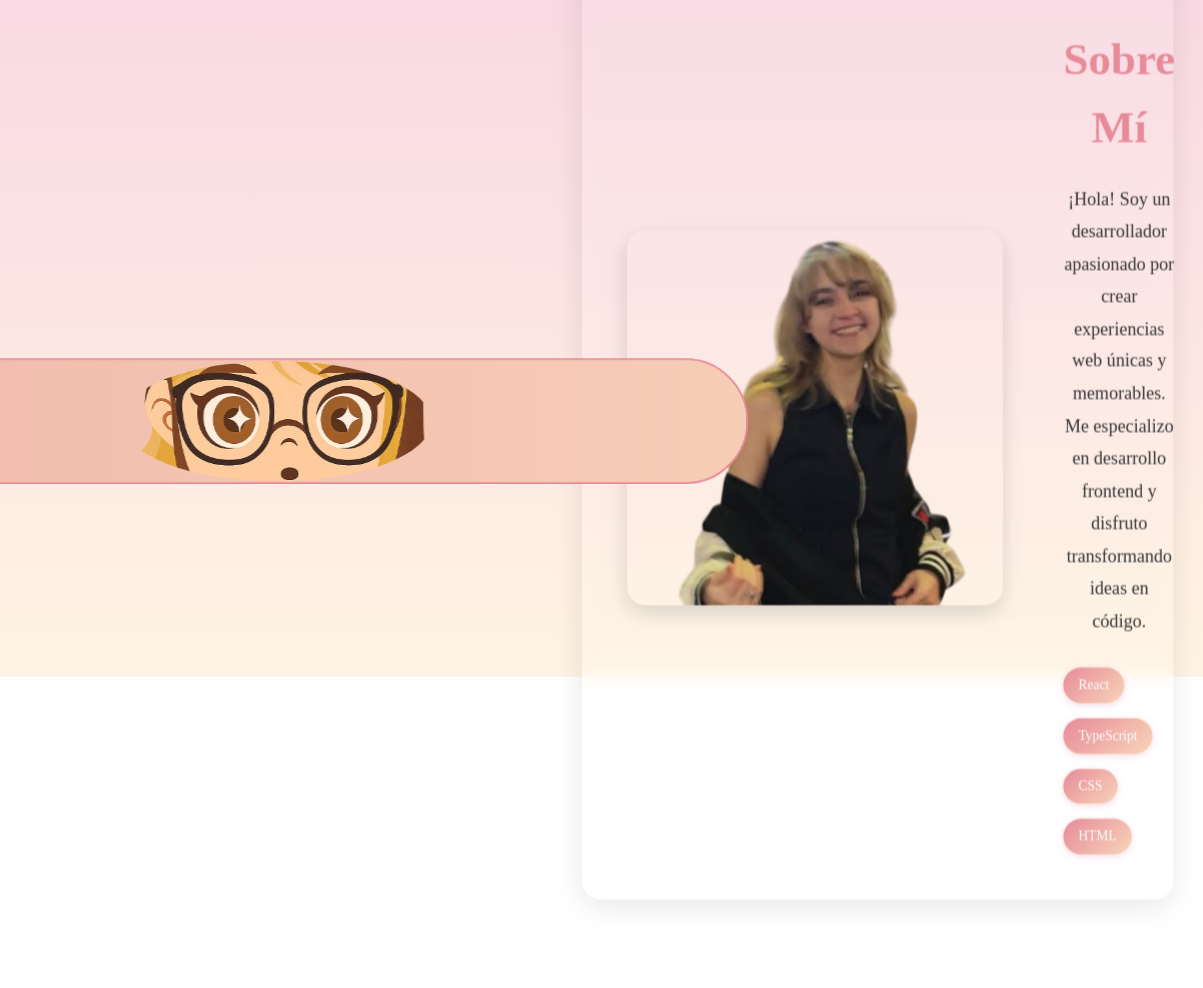
Repository: cflorido/Portafolio
Page: /
These files come from the project's save history. The page is drawn as it stood at one moment and after the next save; the edit follows.
The browser window is 1280 px wide. The pictures show the whole page, at 94% of full size.
Some web fonts or font styles are not loaded; a fallback is used. The project was rebuilt for these pictures with package versions that can differ from the ones it lists, and the page was loaded fresh each time. Also part of the build but not shown: vite.config.ts.

Above is the page before, as saved 2025-09-03 20:07:18.

### index.html
<!doctype html>
<html lang="en">
  <head>
    <meta charset="UTF-8" />
    <link rel="icon" type="image/svg+xml" href="/vite.svg" />
    <meta name="viewport" content="width=device-width, initial-scale=1.0" />
    <title>Vite + React + TS</title>
    <link rel="preconnect" href="https://fonts.googleapis.com">
    <link rel="preconnect" href="https://fonts.gstatic.com" crossorigin>
    <link href="https://fonts.googleapis.com/css2?family=Cantora+One&display=swap" rel="stylesheet">
  </head>
  <body>
    <div id="root"></div>
    <script type="module" src="/src/main.tsx"></script>
  </body>
</html>

### src/App.tsx
import './App.css';
import { useState, useEffect } from 'react';
import AboutMe from './components/AboutMe';

function App() {
  const [showHeader, setShowHeader] = useState(false);

  useEffect(() => {
    const handleScroll = () => {
      // Mostrar el header cuando el scroll es mayor a 100px
      setShowHeader(window.scrollY > 100);
    };

    window.addEventListener('scroll', handleScroll);

    // Limpieza del evento
    return () => window.removeEventListener('scroll', handleScroll);
  }, []);

  return (
    <div className="portfolio-container">
      <header className={`dynamic-header ${showHeader ? 'visible' : ''}`}>
        {/* Tu contenido actual del header */}
      </header>
        <div className="portfolio-header">

          <h1>PORTFOLIO</h1>
          <div className="subtitle">
          <span className="name">Carol Sofia Florido </span>
          <span className="separator"></span>
          <span className="role">Software Developer</span>
          </div>
        </div>
      <main>
      <div className="avatar-stage">
        <div className="avatar-stars"></div>
        <div className="avatar-pill"></div>
        <img className="avatar" src="public/ilustracion.png" alt="Avatar" />
      </div>
      <div className="about-me-section">
        <AboutMe />
      </div>
      </main>

      <footer></footer>
    </div>
  );
}

export default App;

### src/App.css
@font-face {
  font-family: 'Toboggan';
  src: url('/Toboggan OTF/Toboggan-MediumItalic.otf') format('opentype');
  font-weight: 300;
  font-style: normal;
}

:root {
    --sync-gradient: linear-gradient(270deg,  #f8d5b9, #e88b99);
}

body {
    margin: 0;
    font-family: 'Playfair Display', serif;
    background: linear-gradient(to bottom, #f9d9e3, #fff4e3);
    color: #d94f70;
    display: flex;
    justify-content: center;
    align-items: center;
    height: 100vh;
    user-select: none;
}

.portfolio-container {
    text-align: center;
}

h1 {
  user-select: none;
  font-family: 'Toboggan', sans-serif;
  font-size: 10rem;
  font-weight: bold;
  margin: 0;

  background: var(--sync-gradient);
  background-size: 400% 400%;
  -webkit-background-clip: text;
  background-clip: text;
  animation: gradientMove 20s ease infinite;

  -webkit-text-stroke: 2px #e88b99;
  color: transparent;
}

header h2 {
    font-family: 'Toboggan';
  font-size: 1.5rem;
  font-weight: 300;
  text-align: left;
  color: #000;
  user-select: none;
  margin: 0;   /* 🔹 Elimina todos los márgenes */
}

header p {
    font-family: 'Playfair Display', serif;
    font-size: 140px;
    font-style: italic;
}

footer {
    margin-top: 30px;
    font-size: 0.9rem;
}

main {
    display: flex;
    justify-content: center;
}

.avatar-stage {
    position: relative;
    display: flex;
    justify-content: center;
    align-items: center;
    width: 90vw;
    max-width: 900px;
    margin-left: auto;
    margin-right: auto;
    border-radius: 20px;    /* Opcional: bordes redondeados */
}
/* 🔹 Estrellitas dentro del avatar-stage */
.avatar-stage::before {
  content: "";
  position: absolute;
  top: 0;
  left: 0;
  width: 100%;
  height: 100%;

  background-image:
    polygon-star(3, 6px, white),
    polygon-star(3, 8px, white),
    polygon-star(3, 5px, rgba(255,255,255,0.8));

  pointer-events: none;
}

.avatar-pill {
    position: absolute;
    z-index: 1;
    width: min(320vw, 1000px);
    height: 130px;

    /* 🔹 Usando la misma variable CSS */
    background: var(--sync-gradient);
    background-size: 400% 400%;
    border-radius: 70px;
    border: 2px solid #e88b99; /* Borde negro de 2px */
    overflow: hidden;
    animation: gradientMove 20s ease infinite;
}

/* Bolitas animadas */
.avatar-pill::before,
.avatar-pill::after {
    content: "";
    position: absolute;
    width: 200%;
    height: 200%;
    top: -50%;
    left: -50%;
    background-image: radial-gradient(circle 6px, rgba(255,255,255,0.8) 70%, transparent 100%),
                      radial-gradient(circle 10px, rgba(255,200,230,0.6) 70%, transparent 100%),
                      radial-gradient(circle 8px, rgba(255,180,210,0.5) 70%, transparent 100%),
                      radial-gradient(circle 12px, rgba(255,220,240,0.4) 70%, transparent 100%);
    background-repeat: repeat;
    animation: floatBalls 60s linear infinite;
}

.avatar-pill::after {
    animation-duration: 90s;
    opacity: 0.7;
}

/* 🔹 Animación sincronizada para ambos elementos */
@keyframes gradientMove {
    0% { background-position: 0% 50%; }
    50% { background-position: 100% 50%; }
    100% { background-position: 0% 50%; }
}

@keyframes floatBalls {
    from { transform: translate(0, 0); }
    to   { transform: translate(200px, 200px); }
}

.avatar {
    position: relative;
    z-index: 2;
    width: 330px;
    border-radius: 80%;
    display: block;
    margin: auto;
}

/* 🔹 Clase auxiliar por si quieres aplicar el gradiente a otros elementos */
.sync-gradient {
    background: var(--sync-gradient);
    background-size: 400% 400%;
    animation: gradientMove 40s ease infinite;
}


.subtitle {
  font-family: 'Toboggan';
  display: flex;
  gap: 10px;
  font-size: 1.2rem;
  color: #e88b99;
  justify-content: flex-start; /* Alinea el contenido a la izquierda */
  width: 100%;                /* Ocupa todo el ancho disponible */
  text-align: left;           /* Alinea el texto a la izquierda */
}

.subtitle .name {
  font-weight: bold;
}

.subtitle .role {
  border: 2px solid #e88b99;
  border-radius: 15px;
  padding: 2px 10px;
  font-size: 0.9rem;
}
/* Contenedor de estrellitas */
.stars {
  position: absolute;
  top: 0;
  left: 0;
  width: 100%;
  height: 100%;
  pointer-events: none; /* Que no interfieran */
  overflow: hidden;
  z-index: 0;
}

/* Cada estrella */
.star {
  position: absolute;
  width: 0;
  height: 0;
  border-left: 6px solid transparent;
  border-right: 6px solid transparent;
  border-bottom: 12px solid white;
  transform: rotate(0deg);
  opacity: 0.9;
  animation: twinkle 4s infinite ease-in-out;
}

/* Animación de brillo */
@keyframes twinkle {
  0%, 100% { opacity: 0.9; transform: scale(1) rotate(0deg); }
  50% { opacity: 0.3; transform: scale(1.3) rotate(10deg); }
}
.separator {
  display: inline-block;
  width: 2px;
  height: 28px;  /* Más largo verticalmente */
  background-color: #e88b99;
  margin: 0 10px;
}

.dynamic-header {
  position: fixed;
  top: 0;
  left: 0;
  width: 100%;
  background: rgba(255, 255, 255, 0.9);
  backdrop-filter: blur(8px);
  transform: translateY(-100%);
  transition: transform 0.3s ease;
  z-index: 1000;
  padding: 1rem 0;
}

.dynamic-header.visible {
  transform: translateY(0);
}

### src/components/AboutMe.tsx
import React from 'react';
import './AboutMe.css';

const AboutMe = () => {
  return (
    <section className="about-section">
      <div className="about-content">
        <div className="about-image">
          <img src="/yo.png" alt="Foto personal" />
        </div>
        <div className="about-text">
          <h2>Sobre Mí</h2>
          <p>¡Hola! Soy un desarrollador apasionado por crear experiencias web únicas y memorables. Me especializo en desarrollo frontend y disfruto transformando ideas en código.</p>
          <div className="skills">
            <span className="skill-tag">React</span>
            <span className="skill-tag">TypeScript</span>
            <span className="skill-tag">CSS</span>
            <span className="skill-tag">HTML</span>
          </div>
        </div>
      </div>
    </section>
  );
};

export default AboutMe;

### src/components/AboutMe.css
.about-section {
  min-height: 100vh;
  display: flex;
  align-items: center;
  justify-content: center;
  padding: 4rem 2rem;
}

.about-content {
  display: flex;
  max-width: 1200px;
  gap: 4rem;
  align-items: center;
  background: rgba(255, 255, 255, 0.1);
  padding: 3rem;
  border-radius: 20px;
  box-shadow: 0 8px 32px rgba(0, 0, 0, 0.1);
  backdrop-filter: blur(8px);
}

.about-image {
  flex: 0 0 400px;
}

.about-image img {
  width: 100%;
  height: auto;
  border-radius: 20px;
  box-shadow: 0 8px 24px rgba(0, 0, 0, 0.15);
  transition: transform 0.3s ease;
}

.about-image img:hover {
  transform: scale(1.02);
}

.about-text {
  flex: 1;
}

.about-text h2 {
  font-size: 3rem;
  margin-bottom: 1.5rem;
  color: #e88b99;
  font-family: 'Cinzel Decorative', serif;
}

.about-text p {
  font-size: 1.2rem;
  line-height: 1.8;
  margin-bottom: 2rem;
  color: #333;
}

.skills {
  display: flex;
  flex-wrap: wrap;
  gap: 1rem;
}

.skill-tag {
  background: linear-gradient(135deg, #e88b99, #f8d5b9);
  color: white;
  padding: 0.5rem 1rem;
  border-radius: 20px;
  font-size: 0.9rem;
  font-weight: 500;
  box-shadow: 0 2px 8px rgba(232, 139, 153, 0.3);
}

@media (max-width: 768px) {
  .about-content {
    flex-direction: column;
    text-align: center;
  }

  .about-image {
    flex: 0 0 auto;
    width: 100%;
    max-width: 300px;
  }
}

Loaded but not shown: src/main.tsx (common file); src/index.css (common file)

After the next save:
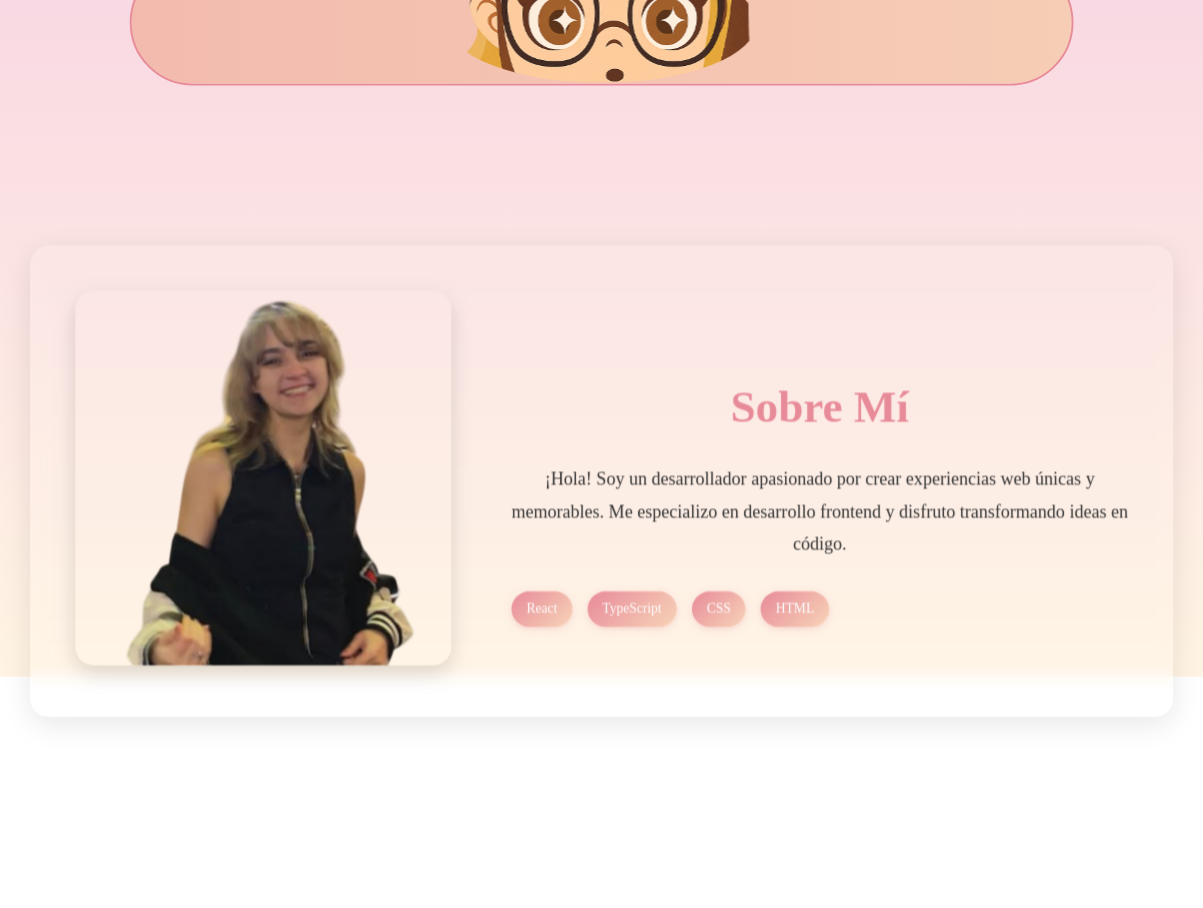
Saved 78 s later.
--- a/src/App.css
+++ b/src/App.css
@@ -4,7 +4,11 @@
   font-weight: 300;
   font-style: normal;
 }
-
+main {
+  display: flex;
+  flex-direction: column;
+  align-items: center; /* opcional, centra horizontalmente */
+}
 :root {
     --sync-gradient: linear-gradient(270deg,  #f8d5b9, #e88b99);
 }

After the save that followed:
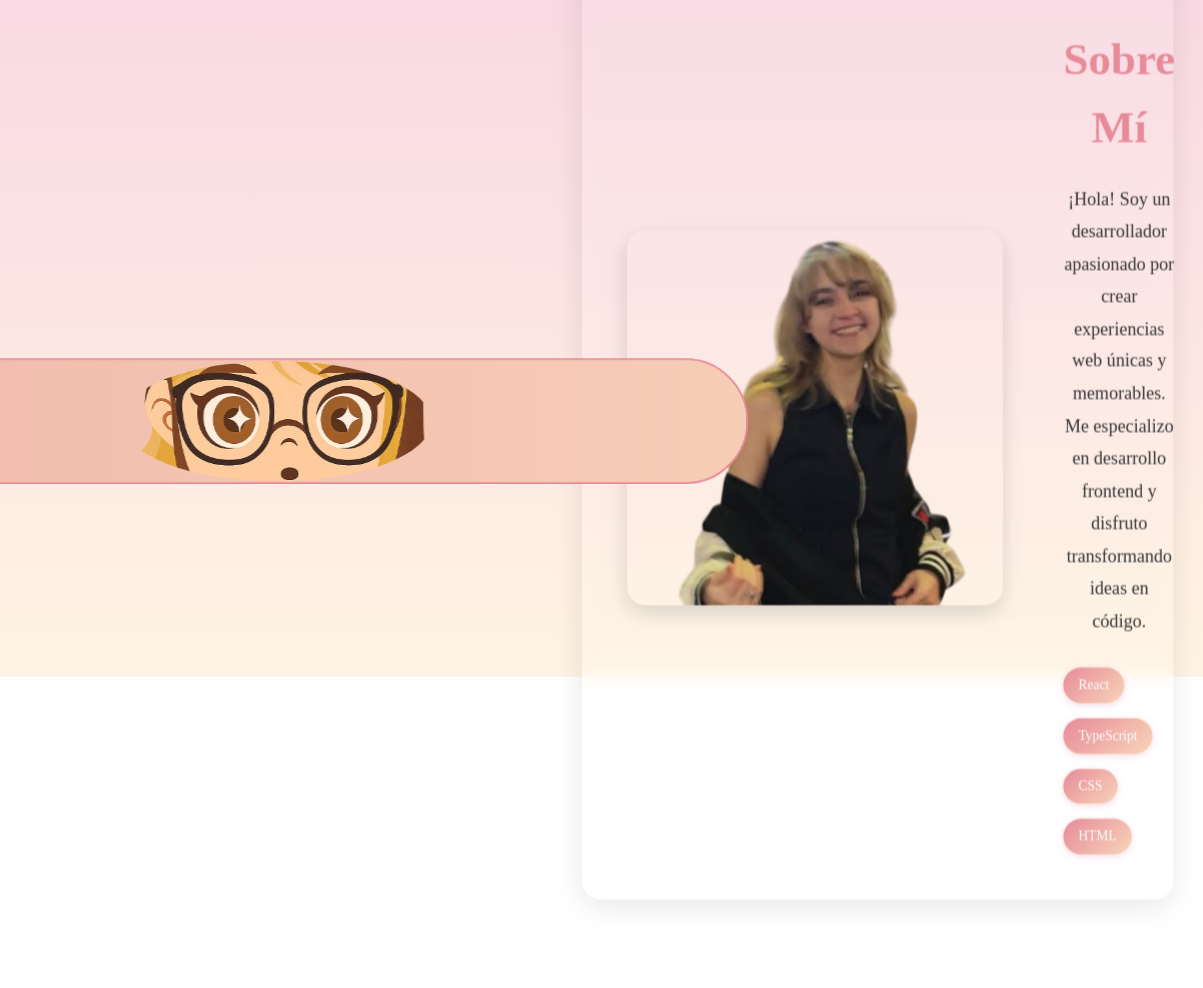
Saved 8 s later.
--- a/src/App.css
+++ b/src/App.css
@@ -4,11 +4,7 @@
   font-weight: 300;
   font-style: normal;
 }
-main {
-  display: flex;
-  flex-direction: column;
-  align-items: center; /* opcional, centra horizontalmente */
-}
+
 :root {
     --sync-gradient: linear-gradient(270deg,  #f8d5b9, #e88b99);
 }
